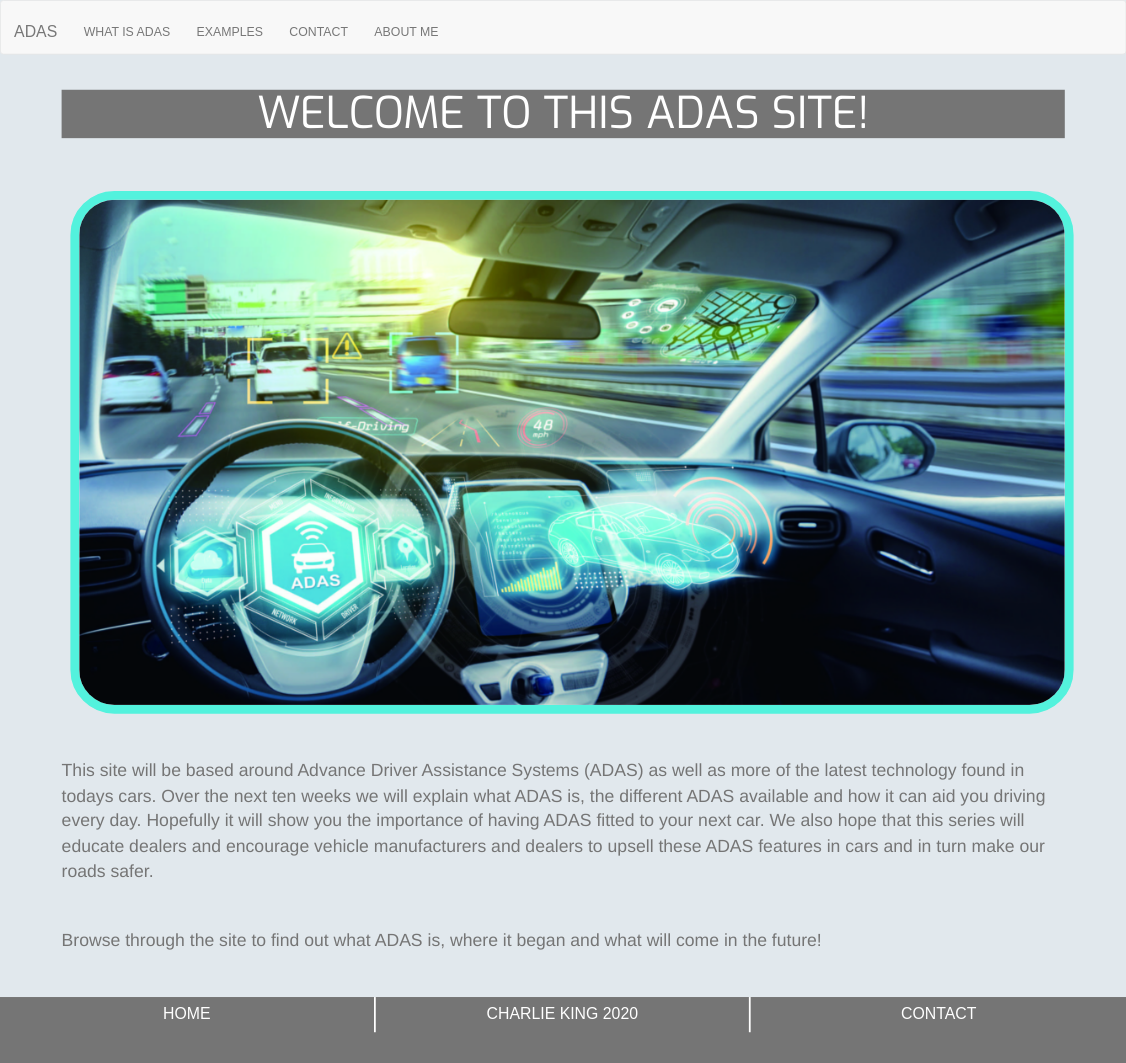
Repository: Cha-K28/First-Milestone-Project
Page: index.html
The author's editor kept a record of every edit. The page is drawn from the files as they stood at one moment, then again after the next edit.
The browser window is 1280 px wide. The pictures show the whole page, at 88% of full size.

Above is the page before.

After the next edit:
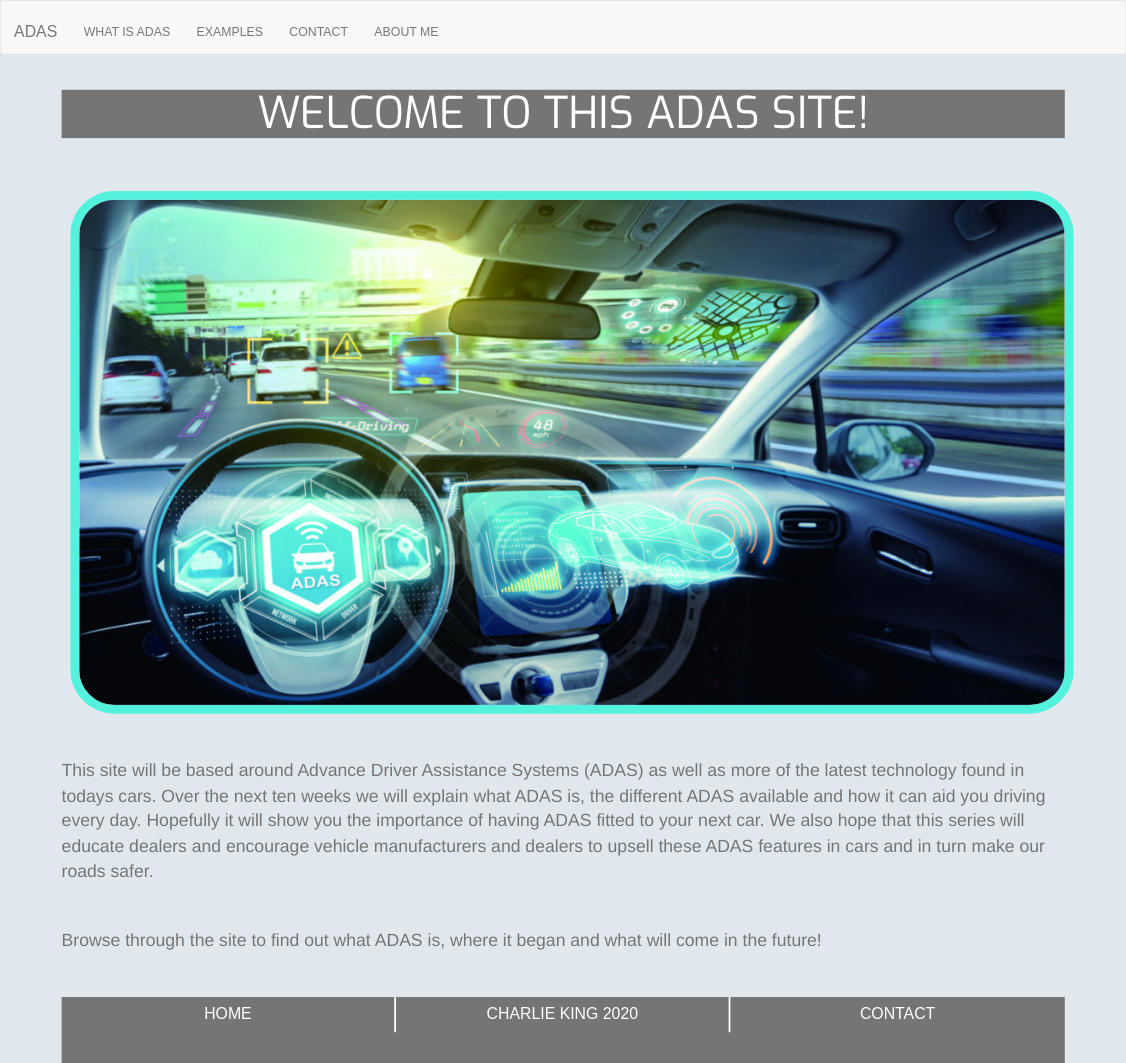
The edit:
--- a/index.html
+++ b/index.html
@@ -33,7 +33,8 @@
     <!-- End header  -->
 
     <!-- content -->
-    <div class="container">
+    <div class="container" >
+        <div class="backround-image">
         <div>
             <h1>Welcome to this ADAS site!</h1>
         </div>

After the edit that followed:
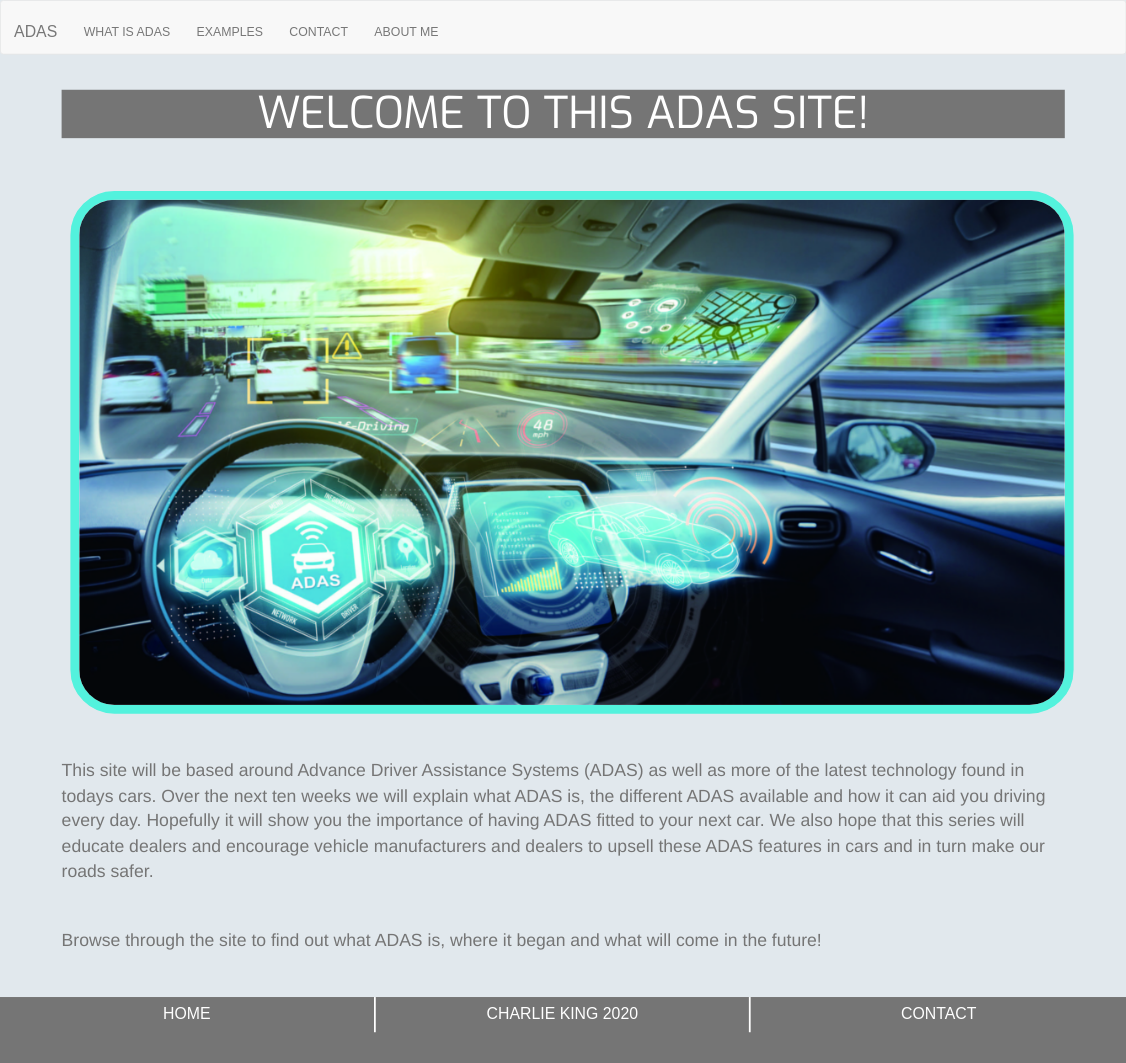
The edit:
--- a/index.html
+++ b/index.html
@@ -47,6 +47,7 @@
         <p>
             Browse through the site to find out what ADAS is, where it began and what will come in the future!
         </p>
+        </div>
     </div>
 
     <!-- End content -->
